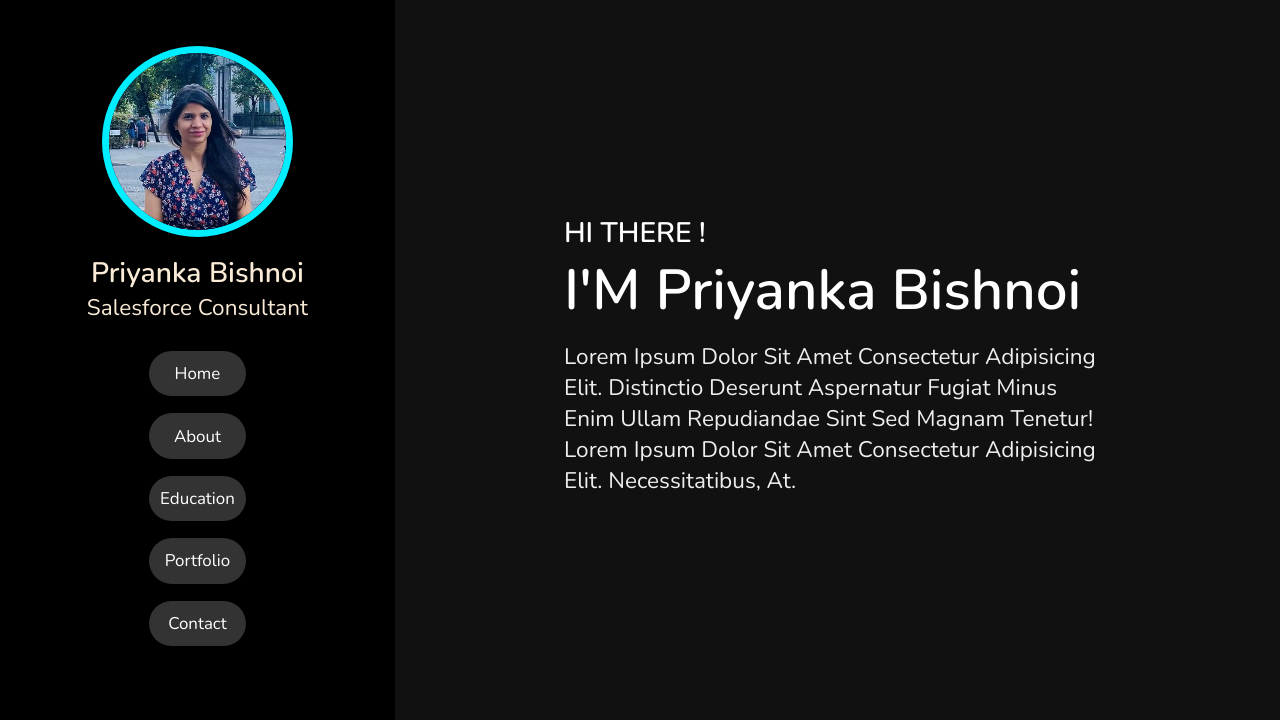
Repository: priyanka-bishnoi/PortfolioPage
Page: MyPage.html
These files come from the project's save history. The page is drawn as it stood at one moment and after the next save; the edit follows.
The browser window is 1280 px wide. The pictures show the whole page.

Above is the page before, as saved 2022-10-08 16:48:21.

### MyPage.html
<!DOCTYPE html>
<html>
<head>
    <link rel="stylesheet" href="css/style.css">

</head>
<body>
<header>
    <div class= "user">
        <img src="Background1.jpg"/>
        <h1 class="name" >Priyanka Bishnoi</h1>
        <p class="post" >Salesforce Consultant</p>
    </div>

    <nav class="navBar">
        <ul>
            <li> <a href="#home">Home</a></li>
            <li> <a href="#about">About</a></li>
            <li> <a href="#education">Education</a></li>
            <li> <a href="#portfolio">Portfolio</a></li>
            <li> <a href="#contact">Contact</a></li>

        </ul>


    </nav>


</header>

<!-- Home-->

<section class="home" id="home">

    <h3>HI THERE !</h3>
    <h1>I'M <span>Priyanka Bishnoi</span></h1>
    <p>Lorem ipsum dolor sit amet consectetur adipisicing elit. Distinctio deserunt aspernatur fugiat minus enim ullam repudiandae sint sed magnam tenetur! Lorem ipsum dolor sit amet consectetur adipisicing elit. Necessitatibus, at.
    </p>

</section>


</body>
</html>

### css/style.css
@import url('https://fonts.googleapis.com/css2?family=Nunito:wght@200;300;400;600&display=swap');
:root{
    --orange:rgb(0, 238, 255);
}
*{
    font-family: 'Nunito', sans-serif;
    margin:0;
    padding:0;
    box-sizing:border-box;
    text-decoration:none;
    text-transform:capitalize;
    transition:all .2s linear;
}
html {
    font-size:70.5%;
    overflow-x:hidden;
}
body{
    background:#111;
    overflow-x: hidden;
    padding-left: 35rem;
}

section{
    min-height: 100vh;
    padding:1rem;
}
header {
    position:fixed;
    top:0; left:0;
    z-index:1000;
    height:100%;
    width:35rem;
    background:black;
    display:flex;
    align-items: center;
    justify-content: center;
    flex-flow: column;
    text-align: center;
}

header .user img {
    height: 17rem;
    width: 17rem;
    border-radius: 50%;
    object-fit: cover;
    margin-bottom: 1rem;
    border: 0.7rem solid var(--orange);
}
header .user .name {
    font-size: 2.5rem;
    color: antiquewhite;
}
header .user .post{
    font-size: 2rem;
    color: antiquewhite;
}

header .navBar {
    font-size : 2rem;
}
header .navBar ul{
    list-style: none;
    padding:1rem 2rem;
}
header .navBar ul li a{
    display: block;
    padding:1rem;
    margin:1.5rem 0;
    background:#333;
    color:#fff;
    font-size: 1.5rem;
    border-radius: 5rem;
}

header .navBar ul li a:hover{
    background:rgb(0, 238, 255);
}


.home{
    display: flex;
    justify-content: center;
    flex-flow: column;
    padding:0 15rem;
}

.home h3{
    font-size: 2.5rem;
    color:#fff;
}

.home h1{
    font-size:5rem;
    color:#fff;
}

.home h1 span{
    color:var(--yellow);
}

.home p{
    font-size:2rem;
    color:#eee;
    padding: 1rem 0;
}

After the next save:
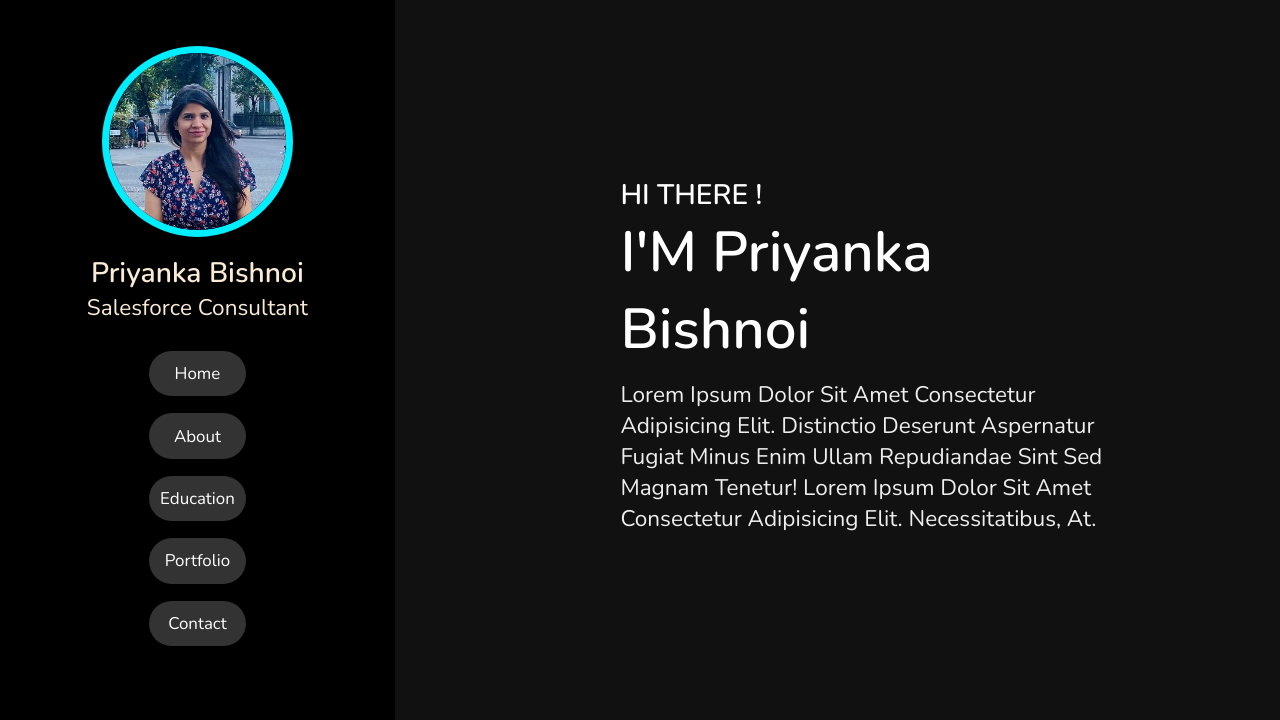
Saved 70 s later.
--- a/css/style.css
+++ b/css/style.css
@@ -18,7 +18,7 @@ html {
 body{
     background:#111;
     overflow-x: hidden;
-    padding-left: 35rem;
+    padding-left: 40rem;
 }
 
 section{
